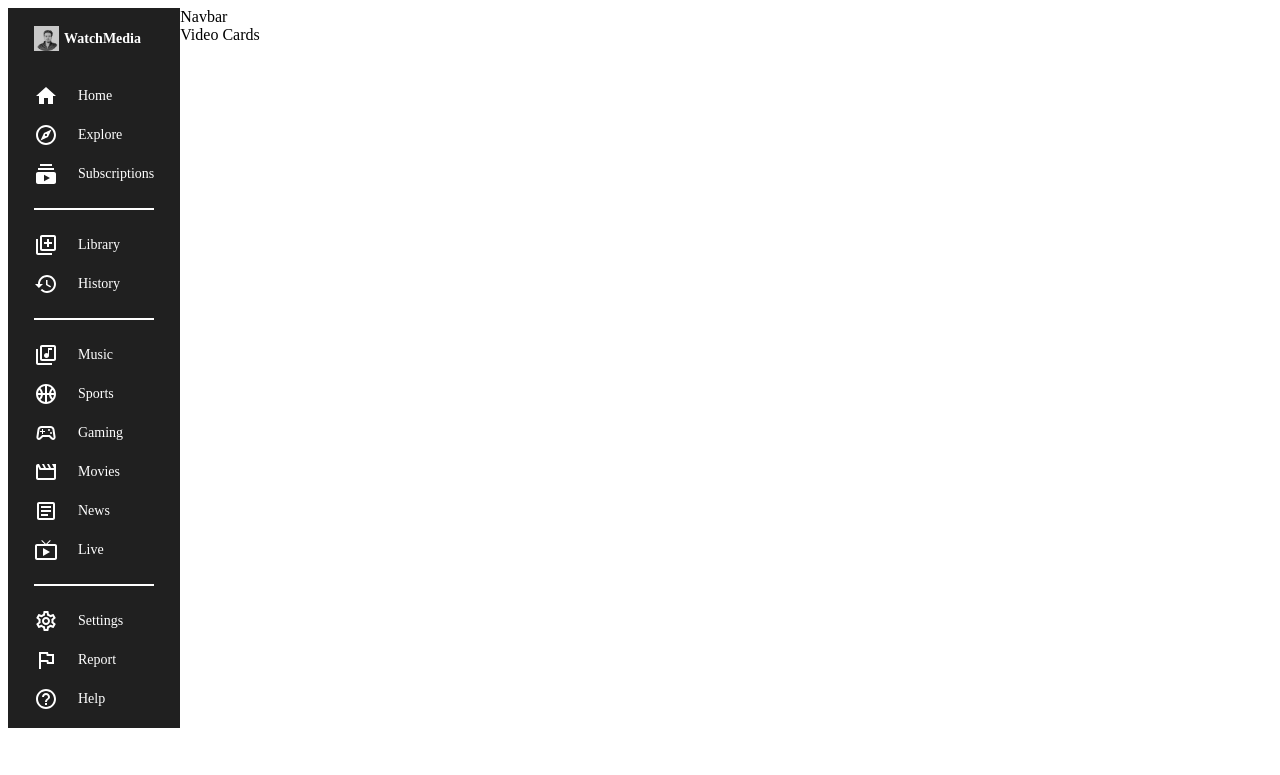
Repository: inzamamahmad3/final-year-project-skeleton
Page: /video/test
An editor plug-in stored every save of this project. The page is shown before and after the next save, followed by the edit.
The browser window is 1280 px wide. The pictures show the whole page.
The project was rebuilt for these pictures with package versions that can differ from the ones it lists, and the page was loaded fresh each time.

Above is the page before, as saved 2023-07-18 00:20:15.

After the next save:
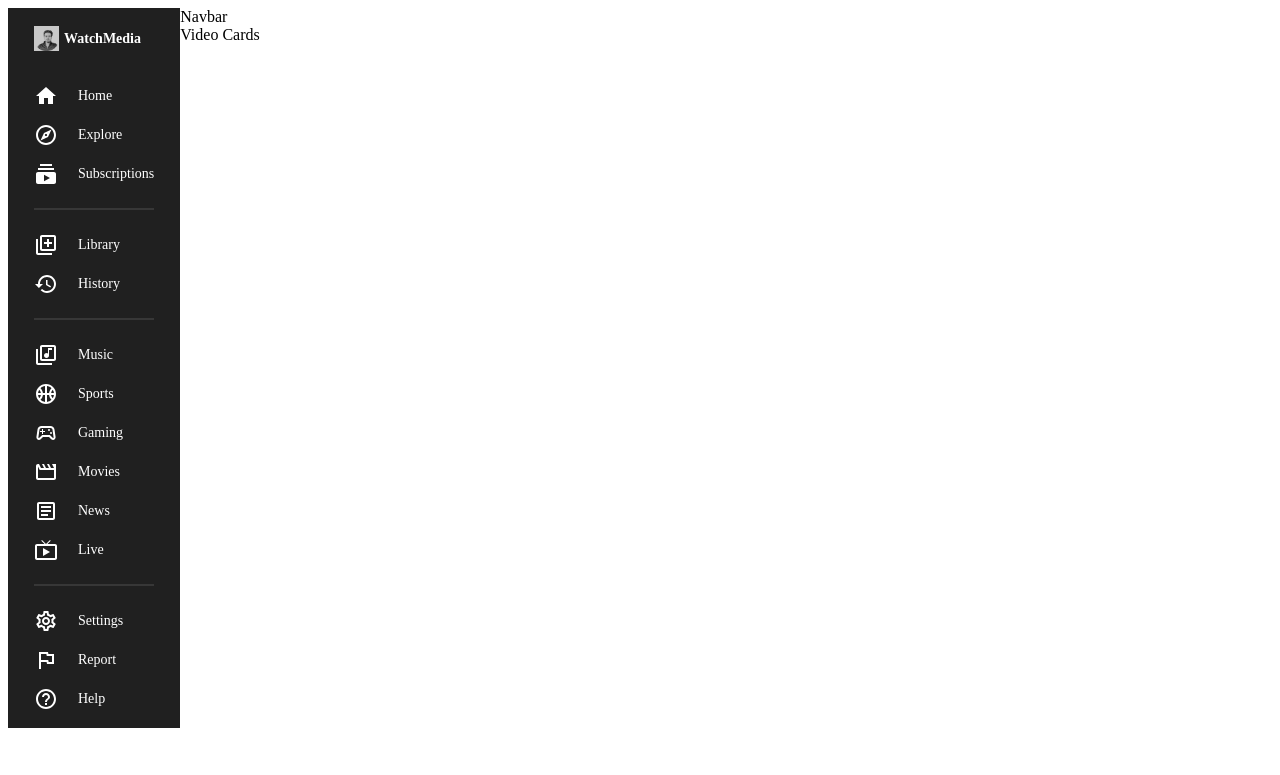
Saved 65 s later.
--- a/src/components/Menu.jsx
+++ b/src/components/Menu.jsx
@@ -53,7 +53,7 @@ const Img = styled.img`
 
 const Hr = styled.hr`
   margin: 15px 0px;
-  border: 0.5px solid ${({ theme }) => theme.soft};
+  border: 0.5px solid #373737;
 `;
 
 function Menu() {
